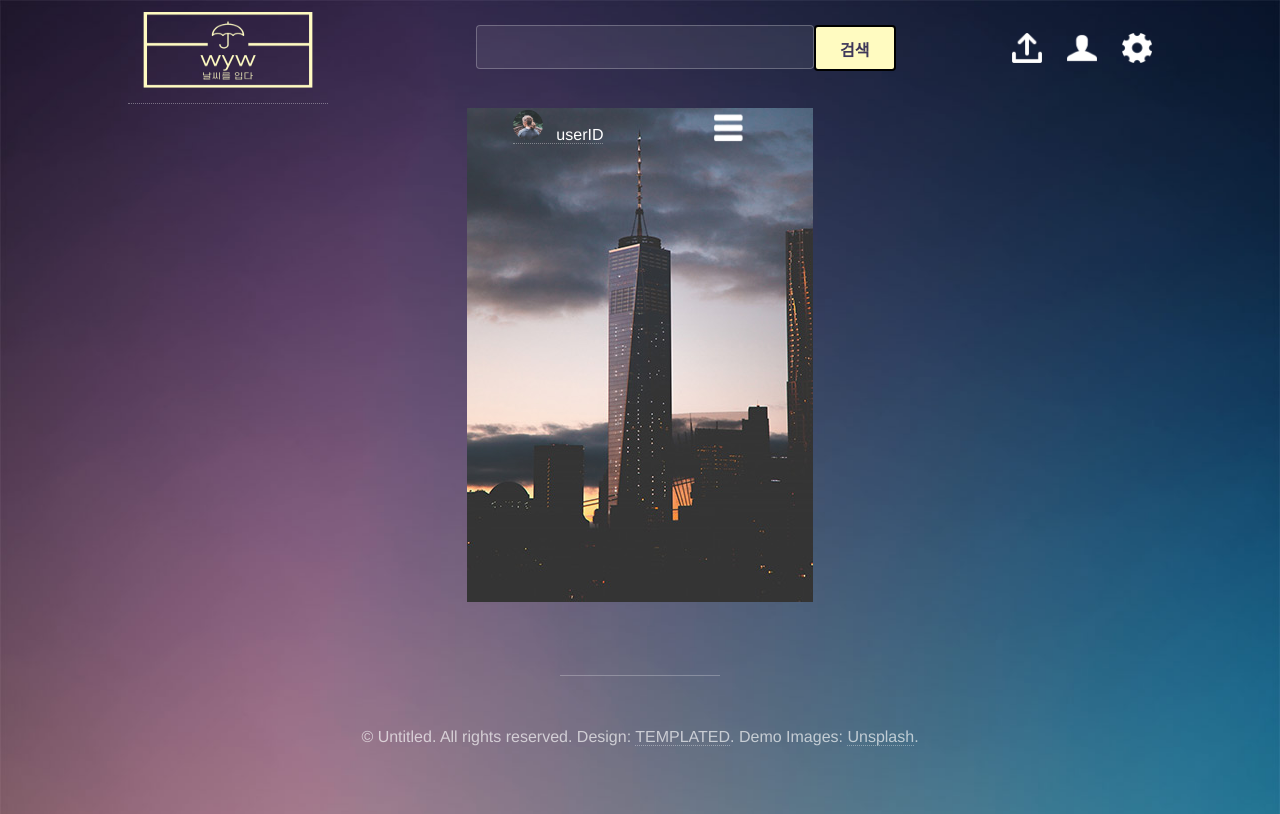
Repository: semo41105/WYW-Project
Page: http://localhost/WYW/StoryPage.jsp
These files come from the project's save history. The page is drawn as it stood at one moment and after the next save; the edit follows.
The browser window is 1280 px wide. The pictures show the whole page.
Some web fonts or font styles are not loaded; a fallback is used. The page is served by Tomcat 9. Nobody is signed in. The application's start-up code is not run. Other server files are loaded and not shown.

Above is the page before, as saved 2021-03-06 07:00:13.

### WYW/WebContent/StoryPage.jsp
<%@ page language="java" contentType="text/html; charset=UTF-8"
    pageEncoding="UTF-8"%>
<% request.setCharacterEncoding("UTF-8"); %>
<% response.setContentType("text/html; charset=UTF-8"); %>
<!DOCTYPE html>
<html>
	<head>
		<title>StoryPage</title>
		<meta charset="utf-8" />
		<meta name="viewport" content="width=device-width, initial-scale=1" />
		<link rel="stylesheet" href="assets/css/main.css" />
		<!-- Style -->
		<style type="text/css">
			#s0{ float: left; width: 34% }
			#s1{ float: left; width: 33%; padding: 25px 0px 25px 0px }
			#s2{ float: left; width: 100% }
			#s4{ padding: 8px 0px 0px 0px; margin-left: 25px; }
			#s6{ float: left; }
			#ask1{
				border: 2px solid black;
				background-color: #fffbc1;
				font-weight: bold;
				color: #3f385a;
			}
			a{ text-decoration: none }
			.avatacon {
			    width: 30px;
			    height: 30px;
			    object-fit: cover;
			    object-position: top;
			    border-radius: 50%;
			}
			#select {
				font-size: 15px;
				background: #ff6382;
				vertical-align: middle;
				text-align-last: center;
				color: #d3d3d3;
			}
		</style>
	<!-- Scripts -->
		<script src="assets/js/jquery.min.js"></script>
		<script src="assets/js/jquery.poptrox.min.js"></script>
		<script src="assets/js/skel.min.js"></script>
		<script src="assets/js/main.js"></script>
		<script type="text/javascript">
			window.onload = function(){
				var h = document.getElementById('hidemenu');
				var op = document.getElementById('viewmenu');
				var opp = document.getElementById('menu');

				op.style.display = 'none';
				opp.style.display = 'none';

				h.onclick = function(){
					h.style.display = 'none';
					op.style.display = '';
					opp.style.display = '';
				}

				op.onclick = function(){
					op.style.display = 'none';
					opp.style.display = 'none';
					h.style.display = '';
				}
			}
		</script>
	</head>
	<body>

		<!-- Wrapper -->
			<div id="wrapper">

				<!-- Header -->
					<header>
						<div id="s0">
							<a href="#">
								<img alt="WYW_날씨를 입다" src="images/logo/logo_wyw_yellow.png" width="200" height="100">
							</a>
						</div>
						<div id="s1"><input type="text"></div>
						<div id="s1">
							<input id="ask1" type="button" value="검색" onclick="">
							<a href="#" class="label">
								<img id="s4" class="icons" src="images/icon/setting.png" alt="setting" align="right" width="30px">
								<img id="s4" class="icons" src="images/icon/user.png" alt="user" align="right" width="30px">
								<img id="s4" class="icons" src="images/icon/up.png" alt="upload" align="right" width="30px">
							</a>
						</div>
						<div id="s2"></div><!-- 위쪽 div 와 아래쪽 div를 나누는 용도 -->
					</header>

				<!-- Main -->
					<section>
							<div style="position: absolute;">
								<div style="position: relative;top: 110px; left: 385px;">
									<a href="#">
								    	<img class="avatacon" src="images/avatar.jpg">
								    	<strong>&nbsp;&nbsp;userID</strong>
							    	</a>
								</div>
								<div style="position: relative;top: 75px; left: 585px;">
									<img id="hidemenu" alt="menu" src="images/icon/menu.png" width="30px">
									<img id="viewmenu" alt="menu" src="images/icon/overmenu.png" width="30px">
								</div>
								<div id="menu" style="position: relative; top: 33px; left: 623px; background-color: #fffbc1; color: black; font-weight: bold;">
									<form name="upload" method="post" action="">
										<table border="1">
											<col width="250">
											<tr>
												<td align="center">
													<select id="select" name="selectloc">
														<option value="">현재 계신 도시를 선택해주세요.</option>
														<option value="seoul">서울특별시</option>
							                            <option value="incheon">인천광역시</option>
							                            <option value="daejeon">대전광역시</option>
							                            <option value="gwangju">광주광역시</option>
							                            <option value="daegu">대구광역시</option>
							                            <option value="ulsan">울산광역시</option>
							                            <option value="busan">부산광역시</option>
							                            <option value="gyeonggi-do">경기도</option>
							                            <option value="gangwon-do">강원도</option>
							                            <option value="chungcheongbuk-do">충청북도</option>
							                            <option value="chungcheongnam-do">충청남도</option>
							                            <option value="jeollabuk-do">전라북도</option>
							                            <option value="jeollanam-do">전라남도</option>
							                            <option value="gyeongsangbuk-do">경상북도</option>
							                            <option value="gyeongsangnam-do">경상남도</option>
							                            <option value="jeju-do">제주도</option>
													</select>
												</td>
											</tr>
											<tr>
												<td align="center">
													<select id="select" name="selectsex">
														<option value="">성별 선택</option>
														<option value="M">남성</option>
														<option value="FM">여성</option>
														<option value="O">그외</option>
													</select>
												</td>
											</tr>
											<tr>
												<td align="center">
													<input name="fname" type="file" value="사진 선택" style="color: black;" accept=".jpg, .jpeg, .png, .gif, .bmp; images/storyimg/*; capture=camera"/>
												</td>
											</tr>
											<tr>
												<td align="center"><input type="submit" style="width: 100%; height: 100%;" value="내용 업로드" onclick=""></td>
											</tr>
										</table>
									</form>
								</div>
							</div>
						    <div id="header">
						    	<img alt="img" src="images/thumbs/01.jpg"/>
						    </div>
					</section>

				<!-- Footer -->
					<footer id="footer">
						<p>&copy; Untitled. All rights reserved. Design: <a href="http://templated.co">TEMPLATED</a>. Demo Images: <a href="http://unsplash.com">Unsplash</a>.</p>
					</footer>

			</div>

	</body>
</html>

Loaded but not shown: WYW/WebContent/assets/js/jquery.min.js (library); WYW/WebContent/assets/js/jquery.poptrox.min.js (library); WYW/WebContent/assets/js/skel.min.js (library); WYW/WebContent/assets/css/font-awesome.min.css (library); WYW/WebContent/assets/js/main.js (142 lines, source omitted); WYW/WebContent/assets/css/main.css (2729 lines, source omitted)

After the next save:
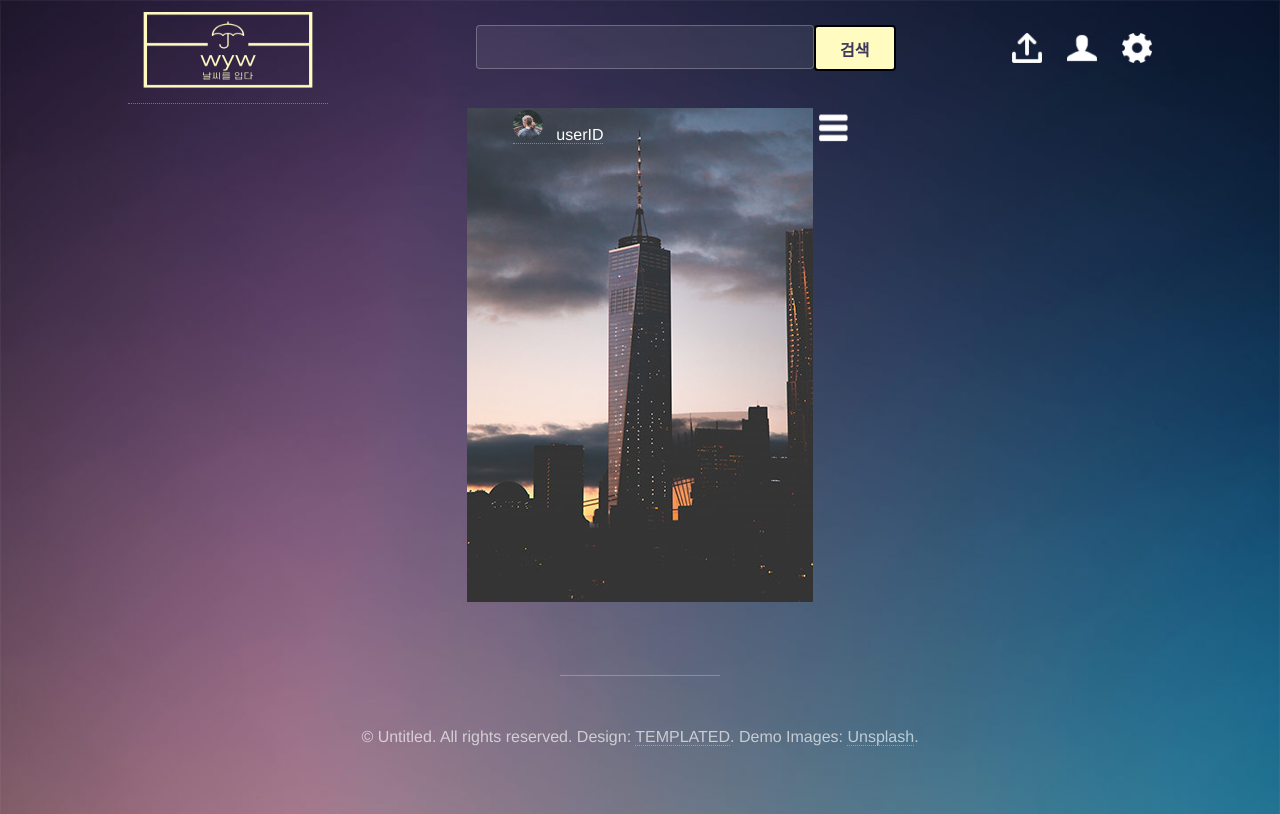
Saved 30 s later.
--- a/WYW/WebContent/StoryPage.jsp
+++ b/WYW/WebContent/StoryPage.jsp
@@ -99,11 +99,11 @@
 								    	<strong>&nbsp;&nbsp;userID</strong>
 							    	</a>
 								</div>
-								<div style="position: relative;top: 75px; left: 585px;">
+								<div style="position: relative;top: 75px; left: 690px;">
 									<img id="hidemenu" alt="menu" src="images/icon/menu.png" width="30px">
 									<img id="viewmenu" alt="menu" src="images/icon/overmenu.png" width="30px">
 								</div>
-								<div id="menu" style="position: relative; top: 33px; left: 623px; background-color: #fffbc1; color: black; font-weight: bold;">
+								<div id="menu" style="position: relative; top: 33px; left: 728px; background-color: #fffbc1; color: black; font-weight: bold;">
 									<form name="upload" method="post" action="">
 										<table border="1">
 											<col width="250">
